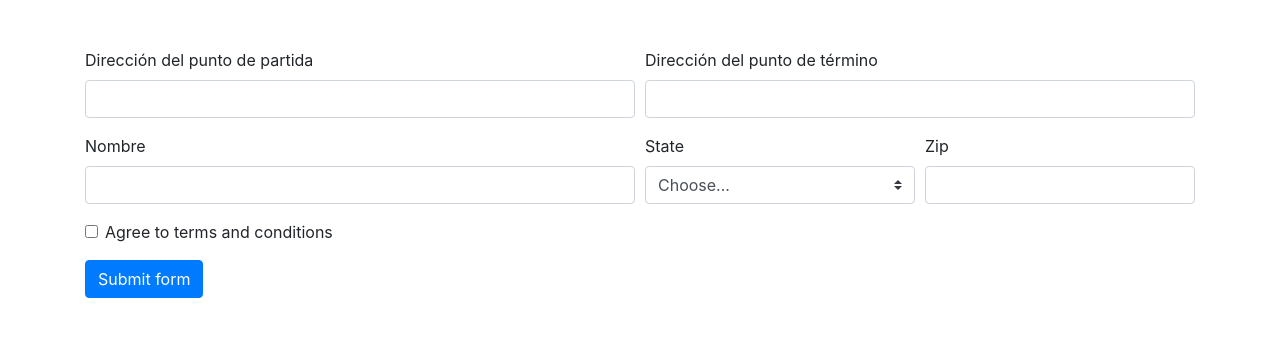
Repository: Jassan851031/foreachTask
Page: /
The author's editor kept a copy of each file at every save. The page is drawn from the files as they stood at one save, then again after the next save.
The browser window is 1280 px wide. The pictures show the whole page.
The project was rebuilt for these pictures with package versions that can differ from the ones it lists, and the page was loaded fresh each time. Also part of the build but not shown: src/App.css.

Above is the page before, as saved 2020-03-23 15:02:23.

After the next save:
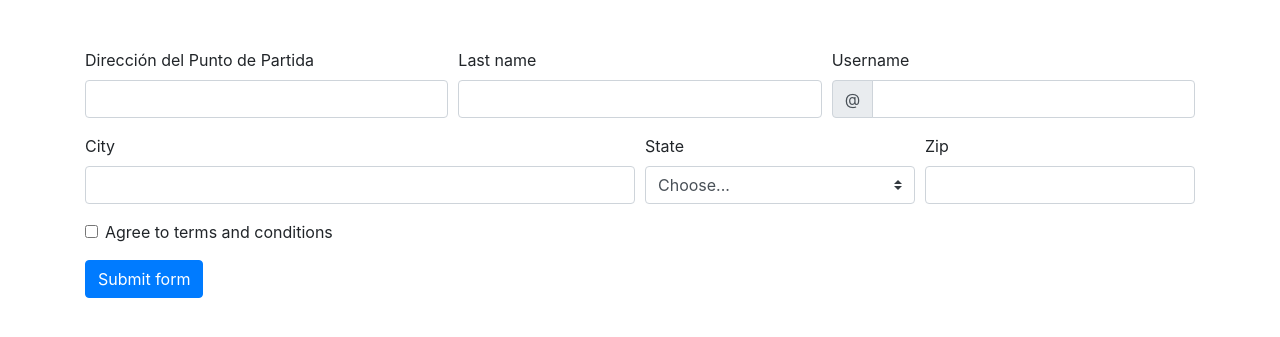
Saved 40 s later.
--- a/src/App.js
+++ b/src/App.js
@@ -8,18 +8,27 @@ function App() {
         <div className="col-md-12">
           <form>
             <div className="form-row">
-              <div className="col-md-6 mb-3">
-              <label className="form-label">Dirección del punto de partida</label>
+              <div className="col-md-4 mb-3">
+                <label for="validationDefault01">Dirección del Punto de Partida</label>
                 <input type="text" className="form-control" id="validationDefault01" required />
               </div>
-              <div className="col-md-6 mb-3">
-              <label className="form-label">Dirección del punto de término</label>
+              <div className="col-md-4 mb-3">
+                <label for="validationDefault02">Last name</label>
                 <input type="text" className="form-control" id="validationDefault02" required />
+              </div>
+              <div className="col-md-4 mb-3">
+                <label for="validationDefaultUsername">Username</label>
+                <div className="input-group">
+                  <div className="input-group-prepend">
+                    <span className="input-group-text" id="inputGroupPrepend2">@</span>
+                  </div>
+                  <input type="text" className="form-control" id="validationDefaultUsername" aria-describedby="inputGroupPrepend2" required />
+                </div>
               </div>
             </div>
             <div className="form-row">
               <div className="col-md-6 mb-3">
-                <label for="validationDefault03">Nombre</label>
+                <label for="validationDefault03">City</label>
                 <input type="text" className="form-control" id="validationDefault03" required />
               </div>
               <div className="col-md-3 mb-3">
